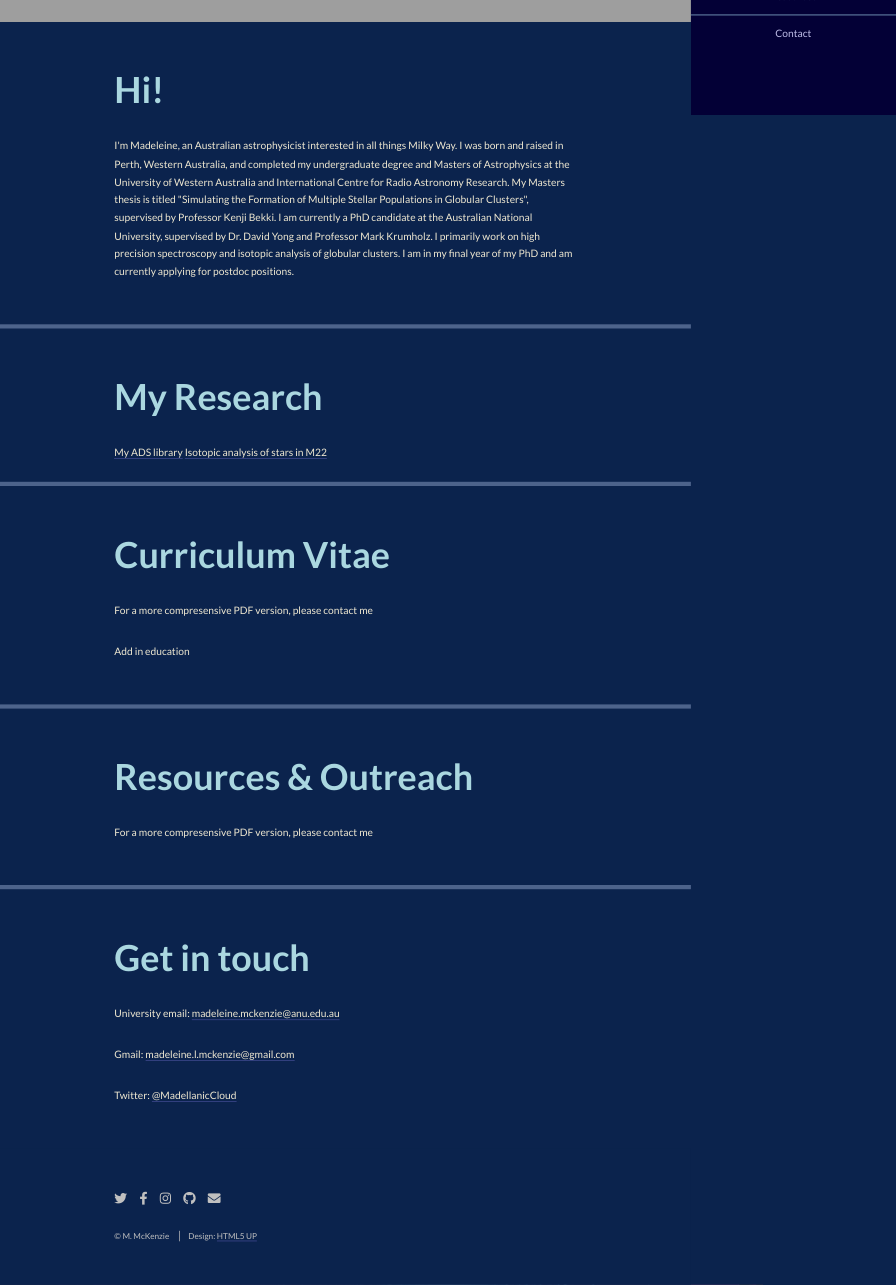
Repository: madeleine-mckenzie/madeleine-mckenzie.github.io
Page: index.html
These files come from the project's save history. The page is drawn as it stood at one moment and after the next save; the edit follows.
The browser window is 1280 px wide. The pictures show the part of the page from y = 556 to 2476 px (the page is 2391 px tall before and 2476 px after), at 70% of full size.
Pictures or frames that could not be fetched are drawn as grey boxes. Backgrounds fixed to the window are drawn as part of the page.

Above is the page before, as saved 2023-11-12 15:39:17.

### index.html
<!DOCTYPE HTML>
<!--
    Read Only by HTML5 UP
    html5up.net | @ajlkn
    Free for personal and commercial use under the CCA 3.0 license (html5up.net/license)
-->
<html>
    <head>
        <title>M. McKenzie</title>
        <meta charset="utf-8" />
        <meta name="viewport" content="width=device-width, initial-scale=1, user-scalable=no" />
        <link rel="stylesheet" href="assets/css/main.css" />
        <style>
            /* Custom style */
            body {
                background: url('images/2023_ANU_3MT_20230727_ANU2022 3.jpg') no-repeat center center fixed;
                background-size: cover;
            }
        </style>
    </head>
    <body class="is-preload">

        <!-- Header -->
        <section id="header">
            <header>
                <!-- Avatar image next to name -->
                <span class="image avatar"><img src="images/IG_DP.jpeg" alt="Madeleine L. McKenzie" /></span>
                <h1>Madeleine L. McKenzie</h1>
                <p>PhD candidate at the Australian National University </p>
                <p> <a href="mailto:madeleine.mckenzie@anu.edu.au">madeleine.mckenzie@anu.edu.au</a></p>
            </header>
            <nav id="nav">
                <ul>
                    <li><a href="#one" class="active">About</a></li>
                    <li><a href="#two">My Research</a></li>
                    <li><a href="#three">CV</a></li>
                    <li><a href="#four">Resources</a></li>
                    <li><a href="#five">Contact</a></li>
                </ul>
            </nav>
        </section>

        <!-- Wrapper -->
        <div id="wrapper">

            <!-- Main -->
            <div id="main">

                <!-- One -->
                <section id="one">
                    <div class="image main" data-position="center">
                        <!-- Top banner image -->
                        <img src="images/2023_ANU_3MT_20230727_ANU2022.jpg" alt="" />
                    </div>
                    <div class="container">
                        <header class="major">
                            <h2>Hi!</h2>
                        </header>
                        <p>I'm Madeleine, an Australian astrophysicist interested in all things Milky Way. I was born and raised in Perth, Western Australia,
                            and completed my undergraduate degree and Masters of Astrophysics at the University of Western Australia and International Centre
                            for Radio Astronomy Research. My Masters thesis is titled "Simulating the Formation of Multiple Stellar Populations in Globular Clusters", supervised
                            by Professor Kenji Bekki. I am currently a PhD candidate at the Australian National University, supervised by Dr. David Yong and
                            Professor Mark Krumholz. I primarily work on high precision spectroscopy and isotopic analysis of globular clusters.
                            I am in my final year of my PhD and am currently applying for postdoc positions.
                        </p>
                    </div>
                </section>

                <!-- Two -->
                <section id="two">
                    <div class="container">
                        <header class="major">
                            <h2>My Research</h2>
                        </header>
                        <a href="https://ui.adsabs.harvard.edu/user/libraries/K8q3Fv2nS-eG0YgK9U_ysw">My ADS library</a>
                        <a href="https://ui.adsabs.harvard.edu/abs/2023MNRAS.tmp.2870M/abstract">Isotopic analysis of stars in M22</a>

                    </div>
                </section>

                <!-- three -->
                <section id="three">
                    <div class="container">
                        <header class="major">
                            <h2>Curriculum Vitae</h2>
                        </header>
                        <p>For a more compresensive PDF version, please contact me</p>
                        <p>Add in education</p>
                        <!-- Icons grid here -->
                    </div>
                </section>

                 <!-- four -->
                 <section id="four">
                    <div class="container">
                        <header class="major">
                            <h2>Resources & Outreach</h2>
                        </header>
                        <p>For a more compresensive PDF version, please contact me</p>
                        <!-- Icons grid here -->
                    </div>
                </section>

                <!-- Three -->
                <section id="five">
                    <div class="container">
                        <header class="major">
                            <h2>Get in touch</h2>
                        </header>
                        <p>University email: <a href="mailto:madeleine.mckenzie@anu.edu.au">madeleine.mckenzie@anu.edu.au</a></p>
                        <p>Gmail: <a href="mailto:madeleine.l.mckenzie@gmail.com">madeleine.l.mckenzie@gmail.com</a></p>
                        <p>Twitter: <a href="https://twitter.com/MadellanicCloud" target="_blank">@MadellanicCloud</a></p>
                    </div>
                </section>

            </div>

            <!-- Footer -->
            <section id="footer">
                <div class="container">
                    <ul class="icons">
                        <!-- Social media icons here -->
                        <li><a href="#" class="icon brands fa-twitter"><span class="label">Twitter</span></a></li>
                        <li><a href="#" class="icon brands fa-facebook-f"><span class="label">Facebook</span></a></li>
                        <li><a href="#" class="icon brands fa-instagram"><span class="label">Instagram</span></a></li>
                        <li><a href="#" class="icon brands fa-github"><span class="label">Github</span></a></li>
                        <li><a href="#" class="icon solid fa-envelope"><span class="label">Email</span></a></li>
                    </ul>
                    <ul class="copyright">
                        <li>&copy; M. McKenzie</li>
                        <li>Design: <a href="http://html5up.net">HTML5 UP</a></li>
                    </ul>
                </div>
            </section>

        </div>

        <!-- Scripts -->
        <script src="assets/js/jquery.min.js"></script>
        <script src="assets/js/jquery.scrollex.min.js"></script>
        <script src="assets/js/jquery.scrolly.min.js"></script>
        <script src="assets/js/browser.min.js"></script>
        <script src="assets/js/breakpoints.min.js"></script>
        <script src="assets/js/util.js"></script>
        <script src="assets/js/main.js"></script>

    </body>
</html>

Loaded but not shown: assets/css/fontawesome-all.min.css (library); assets/js/jquery.min.js (library); assets/js/jquery.scrollex.min.js (common file); assets/js/jquery.scrolly.min.js (common file); assets/js/browser.min.js (common file); assets/js/breakpoints.min.js (common file); assets/js/util.js (587 lines, source omitted); assets/js/main.js (159 lines, source omitted); assets/css/main.css (3340 lines, source omitted)

After the next save:
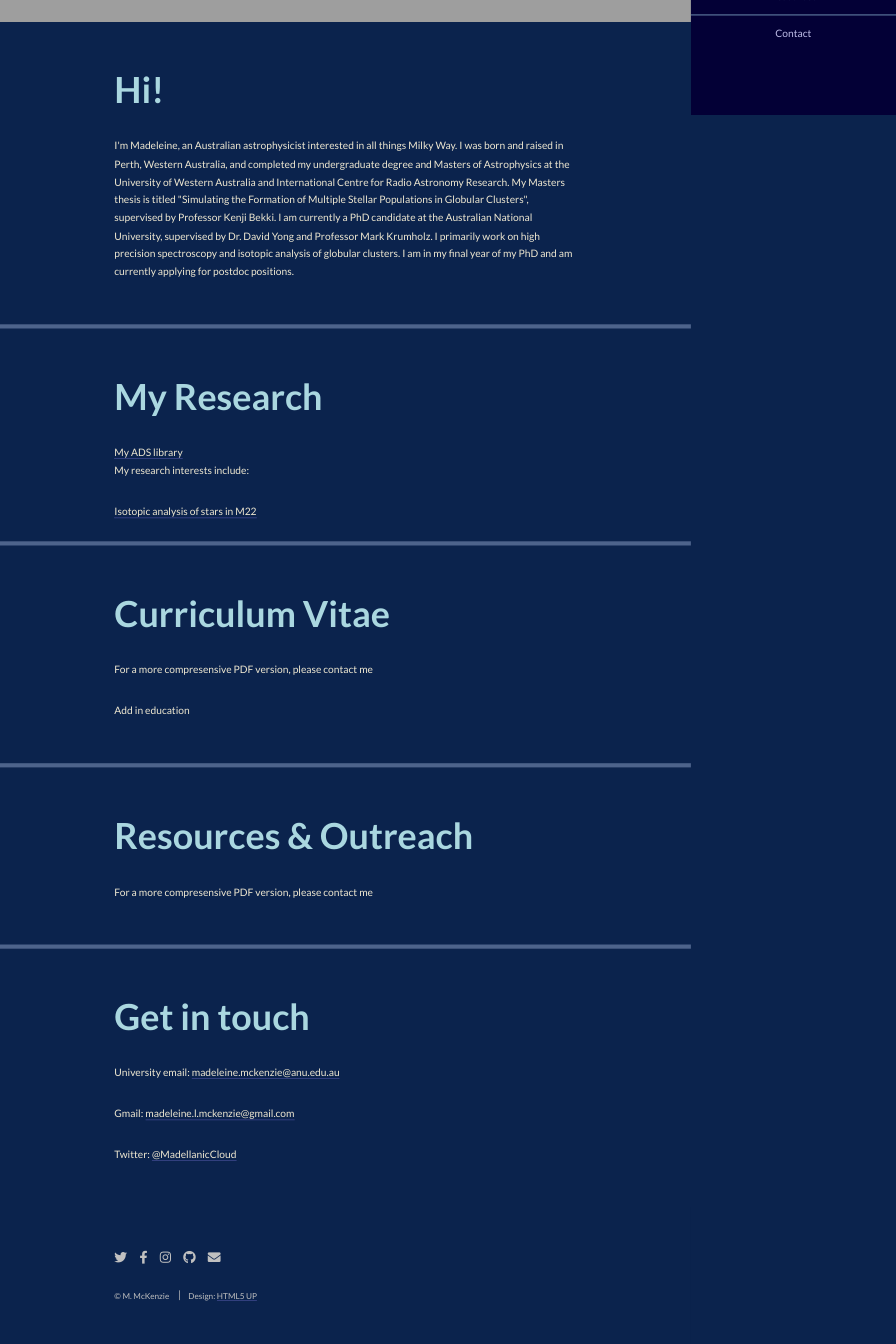
Saved 18 s later.
--- a/index.html
+++ b/index.html
@@ -73,6 +73,7 @@
                             <h2>My Research</h2>
                         </header>
                         <a href="https://ui.adsabs.harvard.edu/user/libraries/K8q3Fv2nS-eG0YgK9U_ysw">My ADS library</a>
+                        <p>My research interests include:</p>
                         <a href="https://ui.adsabs.harvard.edu/abs/2023MNRAS.tmp.2870M/abstract">Isotopic analysis of stars in M22</a>
 
                     </div>
